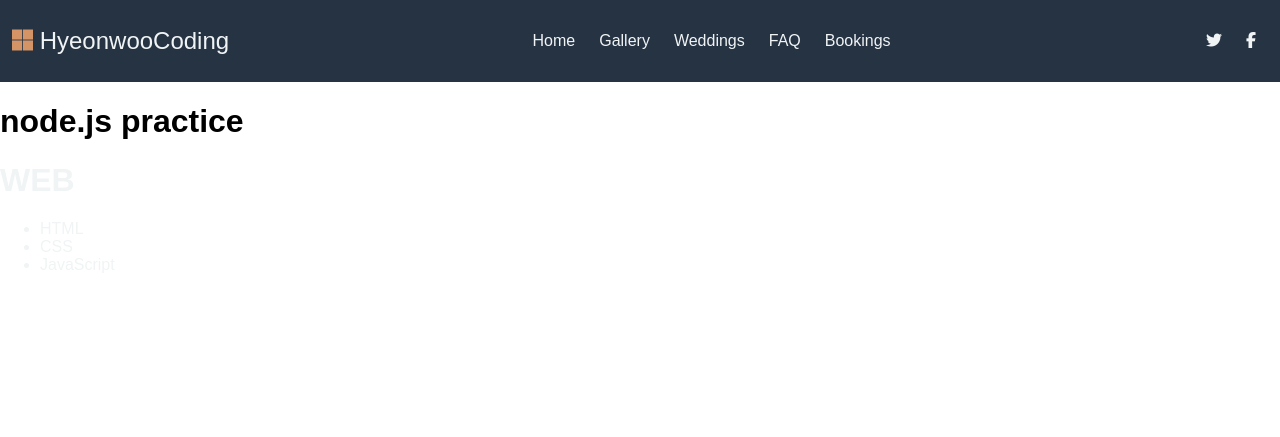
Repository: hhw12409/pracite-node.js
Page: http://localhost/
An editor plug-in stored every save of this project. The page is shown before and after the next save, followed by the edit.
The browser window is 1280 px wide. The pictures show the whole page.
Some web fonts or font styles are not loaded; a fallback is used. Some web libraries are served in a nearby version. The page is served by the project's Node server (server.js).

Above is the page before, as saved 2022-04-30 10:03:40.
Not found: main.js

### views/index.ejs
<!DOCTYPE html>
<html lang="en">
<head>
  <meta charset="UTF-8">
  <meta http-equiv="X-UA-Compatible" content="IE=edge">
  <meta name="viewport" content="width=device-width, initial-scale=1.0">
  <title>node.js practice</title>
</head>
<body>
  <%- include('nav.html')%>
  <h1>node.js practice</h1>
  <a href="/"><h1>WEB</h1></a>
  <ul>
    <a class="link" href="/html"><li>HTML</li></a>
    <a class="link" href="/css"><li>CSS</li></a>
    <a class="link" href="/javascript"><li>JavaScript</li></a>
  </ul>
</body>
</html>

### views/nav.html

<!DOCTYPE html>
<html lang="en">
<head>
    <meta charset="UTF-8">
    <meta http-equiv="X-UA-Compatible" content="IE=edge">
    <meta name="viewport" content="width=device-width, initial-scale=1.0">
    <link rel="stylesheet" href="/css/styles.css">
    <link rel="preconnect" href="https://fonts.googleapis.com">
    <link rel="preconnect" href="https://fonts.gstatic.com" crossorigin>
    <title>Nav bar</title>
    <script
    src="https://kit.fontawesome.com/6478f529f2.js"
    crossorigin="anonymous">
    </script>
    <script src="main.js" defer></script>
</head>
<body>
    <nav class="navbar">
        <div class="navbar__logo">
            <i class="fab fa-microsoft"></i>
            <a href="#">HyeonwooCoding</a>
        </div>

        <ul class="navbar__menu">
            <li><a href="">Home</a></li>
            <li><a href="">Gallery</a></li>
            <li><a href="">Weddings</a></li>
            <li><a href="">FAQ</a></li>
            <li><a href="">Bookings</a></li>
        </ul>

        <ul class="navbar__icons">
            <li><i class="fab fa-twitter"></i></li>
            <li><i class="fab fa-facebook-f"></i></li>
        </ul>

        <a href="#" class="navbar__togleBtn">
            <i class="fas fa-bars"></i>
        </a>
    </nav>
</body>
</html>

### server.js
const express = require('express');
const app = express();

// css middleware연동
app.use(express.static(__dirname + '/public'));

app.set('view engine', 'ejs');

require('dotenv').config()

app.get('/', (req, res)=> {
  res.render('index.ejs', {})
})

app.get('/html', (req, res)=> {
  res.render('html.ejs', {})
})

app.get('/css', (req, res)=> {
  res.render('css.ejs', {})
})

app.get('/javascript', (req, res)=> {
  res.render('javascript.ejs', {})
})

app.listen(process.env.PORT , function(){
  console.log("listening on server");
});

### public/css/styles.css
@import url("https://fonts.googleapis.com/css2?family=Source+Sans+Pro&display=swap");

@import "variables.css";

/* Components */
@import "components/nav-bar.css";

body{
  margin: 0;
  font-family: 'Source Sans Pro', sans-serif;
}

a:not(.link-list) {
  text-decoration: none;
  color:var(--text-color);
}

### public/css/variables.css
:root {
  --text-color: #f0f4f5;
  --background-color: #263343;
  --accent-color: #d49466;
}

### public/css/components/nav-bar.css
.navbar {
  display: flex;
  justify-content: space-between;
  align-items: center;
  background-color: var(--background-color);
  padding: 8px 12px;
}

.navbar__logo {
  font-size: 24px;
  color: var(--text-color);
}

.navbar__logo i {
  color: var(--accent-color);
}

.navbar__menu {
  display: flex;
  list-style: none;
  padding-left: 0;
}

.navbar__menu li {
  padding : 8px 12px;
}

.navbar__menu li:hover {
  background-color: var(--accent-color);
  border-radius: 4px;
}

.navbar__icons {
  list-style: none;
  color:var(--text-color);
  display: flex;
  padding-left: 0;
}

.navbar__icons li {
  padding: 8px 12px;
}

.navbar__togleBtn {
  display: none;
  position: absolute;
  right: 32px;
  font-size: 24px;
  color: var(--accent-color);
}

@media screen and (max-width: 768px) {
  .navbar {
      flex-direction: column;
      align-items: flex-start;
      padding: 8px 24px;
  }

  .navbar__menu {
      display: none;
      flex-direction: column;
      align-items: center;
      width: 100%;
  }

  .navbar__menu li {
      width:100%;
      text-align: center;
  }

  .navbar__icons {
      display: none;
      justify-content: center;
      width: 100%;
  }

  .navbar__togleBtn {
      display: block;
  }

  .navbar__menu.active,
  .navbar__icons.active {
      display: flex;
  }
}

After the next save:
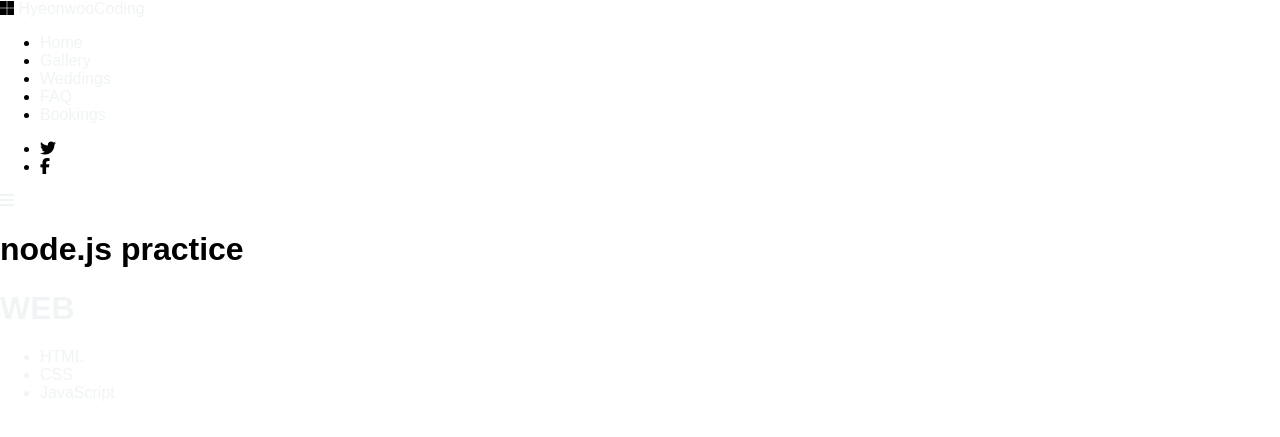
Saved 95 s later.
--- a/public/css/styles.css
+++ b/public/css/styles.css
@@ -3,7 +3,7 @@
 @import "variables.css";
 
 /* Components */
-@import "components/nav-bar.css";
+/* @import "components/nav-bar.css"; */
 
 body{
   margin: 0;
